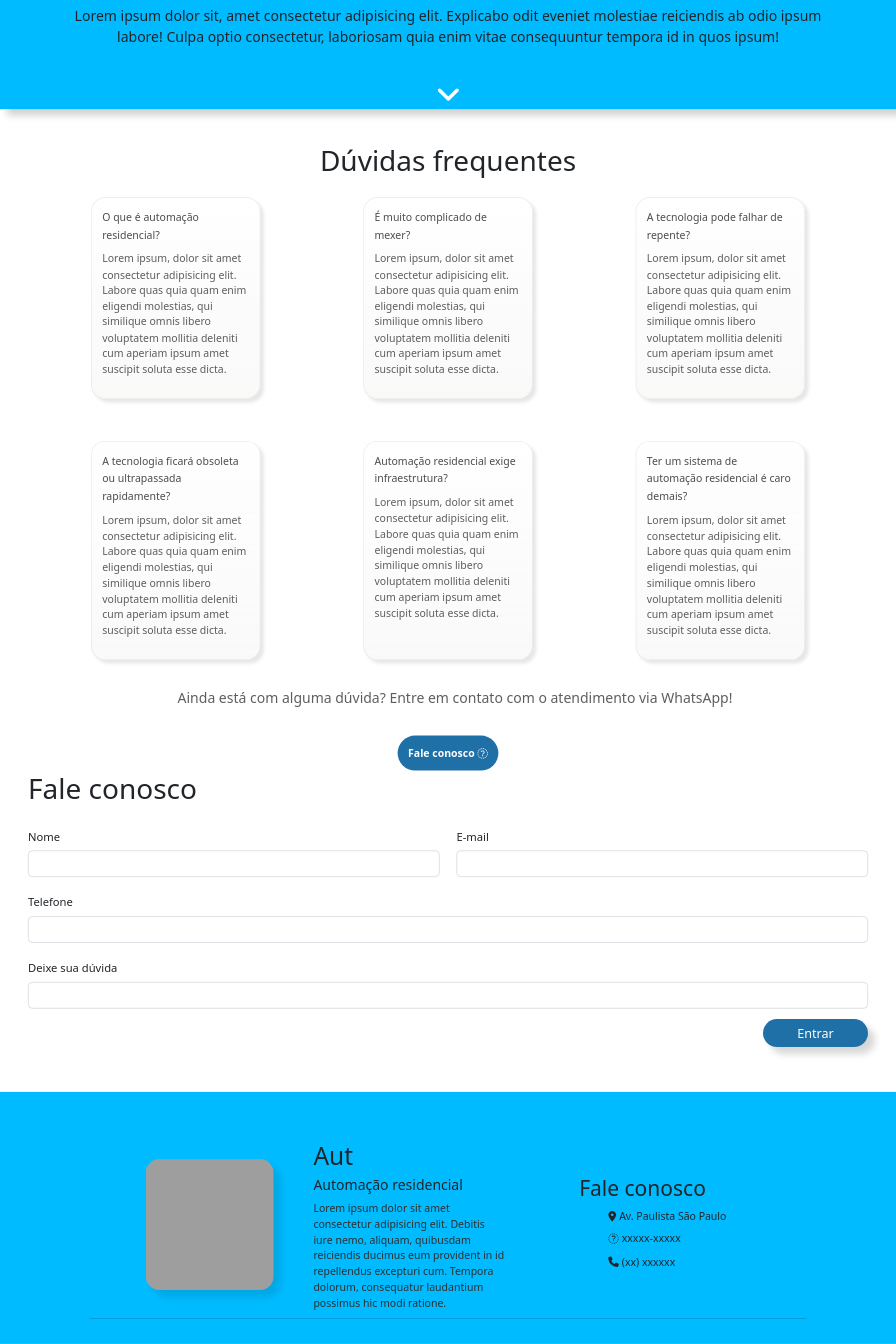
Repository: BulleST/SouHi_Institucional
Page: home.html
These files come from the project's save history. The page is drawn as it stood at one moment and after the next save; the edit follows.
The browser window is 1280 px wide. The pictures show the part of the page from y = 1527 to 3447 px (the page is 3447 px tall before and 3353 px after), at 70% of full size.
Pictures or frames that could not be fetched are drawn as grey boxes.

Above is the page before, as saved 2022-10-27 17:20:00.

### home.html
<!DOCTYPE html>
<html lang="pt-br">

<head>
  <meta charset="UTF-8">
  <meta http-equiv="X-UA-Compatible" content="IE=edge">
  <meta name="viewport" content="width=device-width, initial-scale=1.0">
  <title>SouHi - Soluções Automatizadas</title>

  <script src="https://code.jquery.com/jquery-3.6.1.js" integrity="sha256-3zlB5s2uwoUzrXK3BT7AX3FyvojsraNFxCc2vC/7pNI="
    crossorigin="anonymous"></script>


    <!-- Bootstrap -->
<link href="https://cdn.jsdelivr.net/npm/bootstrap@5.2.2/dist/css/bootstrap.min.css" rel="stylesheet" integrity="sha384-Zenh87qX5JnK2Jl0vWa8Ck2rdkQ2Bzep5IDxbcnCeuOxjzrPF/et3URy9Bv1WTRi" crossorigin="anonymous">
<script src="https://cdn.jsdelivr.net/npm/bootstrap@5.2.2/dist/js/bootstrap.bundle.min.js" integrity="sha384-OERcA2EqjJCMA+/3y+gxIOqMEjwtxJY7qPCqsdltbNJuaOe923+mo//f6V8Qbsw3" crossorigin="anonymous"></script>
  <!-- Fontawesome -->
  <link rel="stylesheet" href="https://cdnjs.cloudflare.com/ajax/libs/font-awesome/6.2.0/css/all.min.css"
    integrity="sha512-xh6O/CkQoPOWDdYTDqeRdPCVd1SpvCA9XXcUnZS2FmJNp1coAFzvtCN9BmamE+4aHK8yyUHUSCcJHgXloTyT2A=="
    crossorigin="anonymous" referrerpolicy="no-referrer" />
  <script src="https://cdnjs.cloudflare.com/ajax/libs/font-awesome/6.2.0/js/all.min.js"
    integrity="sha512-naukR7I+Nk6gp7p5TMA4ycgfxaZBJ7MO5iC3Fp6ySQyKFHOGfpkSZkYVWV5R7u7cfAicxanwYQ5D1e17EfJcMA=="
    crossorigin="anonymous" referrerpolicy="no-referrer"></script>

  <!-- Slick Carousel -->
  <link rel="stylesheet" type="text/css" href="https://cdn.jsdelivr.net/npm/slick-carousel@1.8.1/slick/slick.css" />
  <script type="text/javascript" src="https://cdn.jsdelivr.net/npm/slick-carousel@1.8.1/slick/slick.min.js"></script>

  <!-- AOS -->
  <link rel="stylesheet" href="https://unpkg.com/aos@next/dist/aos.css">
  <script src="https://unpkg.com/aos@next/dist/aos.js"></script>

  <link rel="stylesheet" href="style.css">
  <script src="script.js" defer></script>

</head>

<body>
  <header>
    <div class="header-container bg-on" id="header">
      <div class="header-position">
        <div class="flex-item-image">
          <img src="img/logo_claro.png" alt="Logo Souhi">
        </div>
        <div class="flex-item-rotas">
          <nav class="rotas">
            <ul>
            <li> <a class="header__navigation-link" href="#home">Home</a></li>
              <li><a class="header__navigation-link" href="#quem-somos">Quem somos</a></li>
              <li><a class="header__navigation-link" href="#produtos">Ofertas</a></li>
              <li><a class="header__navigation-link" href="#duvidas">FAQ</a></li>
              <li><a class="header__navigation-link" href="#contatos">Contatos</a></li>
            </ul>
          </nav>
        </div>
        <div class="flex-item-contato">
          <a href="" class="btn-fale-conosco">Fale conosco!</a>
        </div>
      </div>
    </div>
  </header>


  <section>
    <section class="carrossel" id="inicio">
      <button class="btn-scroll-down">
        <i class="fas fa-chevron-down"></i>
      </button>
      <div class="slider">
        <div class=" first-item">
          <div class="slider__item-inner slider__item d-flex first-item-inner">
            <div class="slider__item-content first-content">
              <h3>Lorem Ipsum</h3>
              <hr>
              <p>Lorem ipsum dolor, sit amet consectetur adipisicing elit. Beatae fugiat voluptas consequatur voluptate perspiciatis aspernatur voluptates dolores inventore vero incidunt officia, modi dolorum. </p>
              <p class="my-2">Conheça nossos produtos!</p>
              <button class="btn btn-confira">Confira</button>
            </div>
            <div class="slider__item-image first-image">
              <img src="./img/house.png" alt="">
            </div>
          </div>
        </div>
        <div class="  second-item">

          <div class=" d-flex slider__item  second-item-inner">

            <div class="second-contain">
              <div class=" second-image">

                <img src="img/ic_launcher.png" alt="" >
                <img src="./img/phone.png" alt="">

              </div>
            <div class=" second-content">
              <h3>Lorem Ipsum</h3>

              <p>Lorem ipsum dolor, sit amet consectetur adipisicing elit.  </p>
              <a href="" class="btn-fale-conosco">Fale conosco!</a>

            </div>

          </div>

          </div>
        </div>
        <div class="  third-item">
          <div class=" d-flex slider__item  third-item-inner">
            <div class="third-contain">
              <div class=" third-image">
                <img src="img/smart-house-8.png" alt="" >
              </div>
            <div class=" third-content">
              <h3>Lorem Ipsum Ipsum</h3>
              <p>Lorem ipsum dolor, sit amet consectetur adipisicing elit. Lorem ipsum dolor, sit amet consectetur adipisicing elit. orem ipsum dolor, sit amet consectetur adipisicing elit. </p>
              <a href="" class="btn-fale-conosco mt-2">Fale conosco!</a>
            </div>
          </div>
          </div>
        </div>
        </div>
      </div>
    </section>

    <div class="bg">
      <div class="container wrapper">
        <section class="quem-somos" id="quem-somos">
          <img src="img/teste.jpg" alt="" class="imagem" data-aos="fade-right">
          <div class="texto" data-aos="fade-left">

            <h1>Quem somos</h1>
            <p>Lorem ipsum, dolor sit amet consectetur adipisicing elit. Iure, obcaecati alias magni reiciendis non ipsa
              asperiores deserunt quibusdam quasi ut odit, quaerat ex eum fugit pariatur rerum eius vitae maiores?</p>

            <button class="btn">Saiba mais <span> <i class="fa-solid fa-angles-right"></i></span></button>
          </div>
        </section>
        <div class="beneficios">
          <div class="card card-1" data-aos="fade-up">
            <div class="card-texto">
              <span> <i class="fa-solid fa-dollar-sign icone-card"></i></span>
              <h1>Economia</h1>
              <p>Lorem, ipsum dolor sit amet consectetur adipisicing elit. Saepe placeat repellat magni est praesentium
                quaerat aspernatur incidunt sint, quisquam voluptates aut fugiat vel dolorum maxime alias autem, sunt
                quae amet!</p>
            </div>
          </div>
          <div class="card card-2" data-aos="fade-up">
            <div class="card-texto">
              <span> <i class="fa-solid fa-shield icone-card"></i></span>
              <h1>Segurança</h1>
              <p>Lorem, ipsum dolor sit amet consectetur adipisicing elit. Saepe placeat repellat magni est praesentium
                quaerat aspernatur incidunt sint, quisquam voluptates aut fugiat vel dolorum maxime alias autem, sunt
                quae amet!</p>
            </div>
          </div>
          <div class="card card-3" data-aos="fade-up">
            <div class="card-texto">
              <span> <i class="fa-solid fa-check icone-card"></i></span>
              <h1>Conveniência</h1>
              <p>Lorem, ipsum dolor sit amet consectetur adipisicing elit. Saepe placeat repellat magni est praesentium
                quaerat aspernatur incidunt sint, quisquam voluptates aut fugiat vel dolorum maxime alias autem, sunt
                quae amet!</p>
            </div>
          </div>
          <div class="card card-4" data-aos="fade-up">
            <div class="card-texto">
              <span> <i class="fa-solid fa-couch icone-card"></i></span>
              <h1>Conforto</h1>
              <p>Lorem, ipsum dolor sit amet consectetur adipisicing elit. Saepe placeat repellat magni est praesentium
                quaerat aspernatur incidunt sint, quisquam voluptates aut fugiat vel dolorum maxime alias autem, sunt
                quae amet!</p>
            </div>
          </div>
        </div>
      </div>


      <div class="produtos-fechado" id="produtos">
        <div class="produtos-texto">
          <h1>O que você quer automatizar?</h1>
          <p>Lorem ipsum dolor sit, amet consectetur adipisicing elit. Explicabo odit eveniet molestiae reiciendis ab
            odio ipsum labore! Culpa optio consectetur, laboriosam quia enim vitae consequuntur tempora id in quos
            ipsum!</p>

          <span class="pra"><i class="fa-solid fa-angle-down down" id="show-or-hide"></i></span>
        </div>

      </div>
      <!-- <div class="produtos-aberto">
        <div class=" sessao  mySwiper container">
          <div class="swiper-wrapper content">

            <div class="swiper-slide card">
              <div class="card-content">

                <div class="image">
                  <img src="https://source.unsplash.com/random/250x250" alt="" class="eseu">

                </div>
              </div>
            </div>

            <div class="swiper-slide card">
              <div class="card-content">

                <div class="image">
                  <img src="https://source.unsplash.com/random/250x250" alt="" class="eseu">
                </div>
              </div>
            </div>

            <div class="swiper-slide card">

              <div class="card-content">

                <div class="image">
                  <img src="https://source.unsplash.com/random/250x250" alt="" class="eseu">
                </div>
              </div>
            </div>

            <div class="swiper-slide card">
              <div class="card-content">


                <div class="image">

                  <img src="https://source.unsplash.com/random/250x250" alt="" class="eseu">
                </div>
              </div>
            </div>
          </div>
        </div>
        <div class="swiper-button-next"></div>
        <div class="swiper-button-prev"></div>
        <div class="swiper-paggination"></div>
      </div> -->
    </div>






    <div class="wrapper">
      <div class="duvidas" id="duvidas">
        <h1>Dúvidas frequentes</h1>
        <div class="duvida-card">
          <div class="grupo1">
            <div class="duvida s1 " data-aos="fade-up">
              <span>
                <fa-icon [icon]="['fas', 'question-circle']" class="duvidas-icones"></fa-icon>
                <h2>O que é automação residencial?</h2>
              </span>
              <p>Lorem ipsum, dolor sit amet consectetur adipisicing elit. Labore quas quia quam enim eligendi
                molestias, qui similique omnis libero voluptatem mollitia deleniti cum aperiam ipsum amet suscipit
                soluta esse dicta.</p>
            </div>
            <div class="duvida s2 " data-aos="fade-up">
              <span>
                <fa-icon [icon]="['fas', 'question-circle']" class="duvidas-icones"></fa-icon>
                <h2>É muito complicado de mexer?</h2>
              </span>

              <p>Lorem ipsum, dolor sit amet consectetur adipisicing elit. Labore quas quia quam enim eligendi
                molestias, qui similique omnis libero voluptatem mollitia deleniti cum aperiam ipsum amet suscipit
                soluta esse dicta.</p>
            </div>
            <div class="duvida s3 " data-aos="fade-up">
              <span>
                <fa-icon [icon]="['fas', 'question-circle']" class="duvidas-icones"></fa-icon>
                <h2>A tecnologia pode falhar de repente?</h2>
              </span>

              <p>Lorem ipsum, dolor sit amet consectetur adipisicing elit. Labore quas quia quam enim eligendi
                molestias, qui similique omnis libero voluptatem mollitia deleniti cum aperiam ipsum amet suscipit
                soluta esse dicta.</p>
            </div>
          </div>
          <div class="grupo2">


            <div class="duvida s4 " data-aos="fade-up">
              <span>
                <fa-icon [icon]="['fas', 'question-circle']" class="duvidas-icones"></fa-icon>
                <h2>A tecnologia ficará obsoleta ou ultrapassada rapidamente?</h2>
              </span>

              <p>Lorem ipsum, dolor sit amet consectetur adipisicing elit. Labore quas quia quam enim eligendi
                molestias, qui similique omnis libero voluptatem mollitia deleniti cum aperiam ipsum amet suscipit
                soluta esse dicta.</p>


            </div>
            <div class="duvida s5 " data-aos="fade-up">
              <span>
                <fa-icon [icon]="['fas', 'question-circle']" class="duvidas-icones"></fa-icon>
                <h2>Automação residencial exige infraestrutura?</h2>
              </span>

              <p>Lorem ipsum, dolor sit amet consectetur adipisicing elit. Labore quas quia quam enim eligendi
                molestias, qui similique omnis libero voluptatem mollitia deleniti cum aperiam ipsum amet suscipit
                soluta esse dicta.</p>
            </div>
            <div class="duvida s6 " data-aos="fade-up">
              <span>
                <fa-icon [icon]="['fas', 'question-circle']" class="duvidas-icones"></fa-icon>
                <h2>Ter um sistema de automação residencial é caro demais?</h2>
              </span>

              <p>Lorem ipsum, dolor sit amet consectetur adipisicing elit. Labore quas quia quam enim eligendi
                molestias, qui similique omnis libero voluptatem mollitia deleniti cum aperiam ipsum amet suscipit
                soluta esse dicta.</p>
            </div>
          </div>
        </div>
        <div class="duvidas-link">
          <p>Ainda está com alguma dúvida? Entre em contato com o atendimento via WhatsApp!</p>
          <a href="" class="duvidas-link-a">Fale conosco <i class='fa fa-whatsapp'></i></a>

        </div>
      </div>
    </div>
    <div class="wrapper">
    <div class="fale-conosco">
      <h1>Fale conosco</h1>
      <form action="">
        <div class="row">
        <div action="" class="form-group mt-4 col-6">
          <label for="" class="form-label">Nome</label>
          <input type="text" class="form-control" required>
        </div>
        <div action="" class="form-group mt-4 col-6">
          <label for="" class="form-label">E-mail</label>
          <input type="text" class="form-control" required>
        </div>
      </div>
        <div action="" class="form-group mt-4">
          <label for="" class="form-label">Telefone</label>
          <input type="text" class="form-control">
        </div>
        <div action="" class="form-group mt-4">
          <label for="" class="form-label">Deixe sua dúvida</label>
          <input type="textarea" class="form-control">
        </div>
        <div class="form-group d-flex justify-content-end ">
          <button type="submit" class=" botao-fale-conosco">Entrar</button>
        </div>



      </form>
    </div>
  </div>

    </div>


 <div class="link-top link-on" ><a href="#inicio">


  <i class="fa-solid fa-angle-up"></i></a></div>
  </section>

  <section class="footer">

    </div>
    <div class="footer-position">
      <div class="finalizacao">
        <img src="img/pexels-liza-summer-6347719.jpg" alt="" class="footer-img">
        <div class="texto">
          <h1>Aut</h1>
          <h2>Automação residencial</h2>
          <p>Lorem ipsum dolor sit amet consectetur adipisicing elit. Debitis iure nemo, aliquam, quibusdam reiciendis
            ducimus eum provident in id repellendus excepturi cum. Tempora dolorum, consequatur laudantium possimus hic
            modi ratione.</p>
        </div>
      </div>
      <div class="contato">
        <div class="contato-texto">
          <h2>Fale conosco</h2>

          <ul>
            <li><i class="fa-solid fa-location-dot"></i> Av. Paulista São Paulo </li>
            <li><i class='fa fa-whatsapp'></i> xxxxx-xxxxx</li>
            <li><i class="fa-solid fa-phone"></i> (xx) xxxxxx</li>
          </ul>
        </div>
      </div>

    </div>

  </section>

</body>


<script>




</script>

</html>

Loaded but not shown: script.js (75 lines, source omitted); style.css (1128 lines, source omitted)

After the next save:
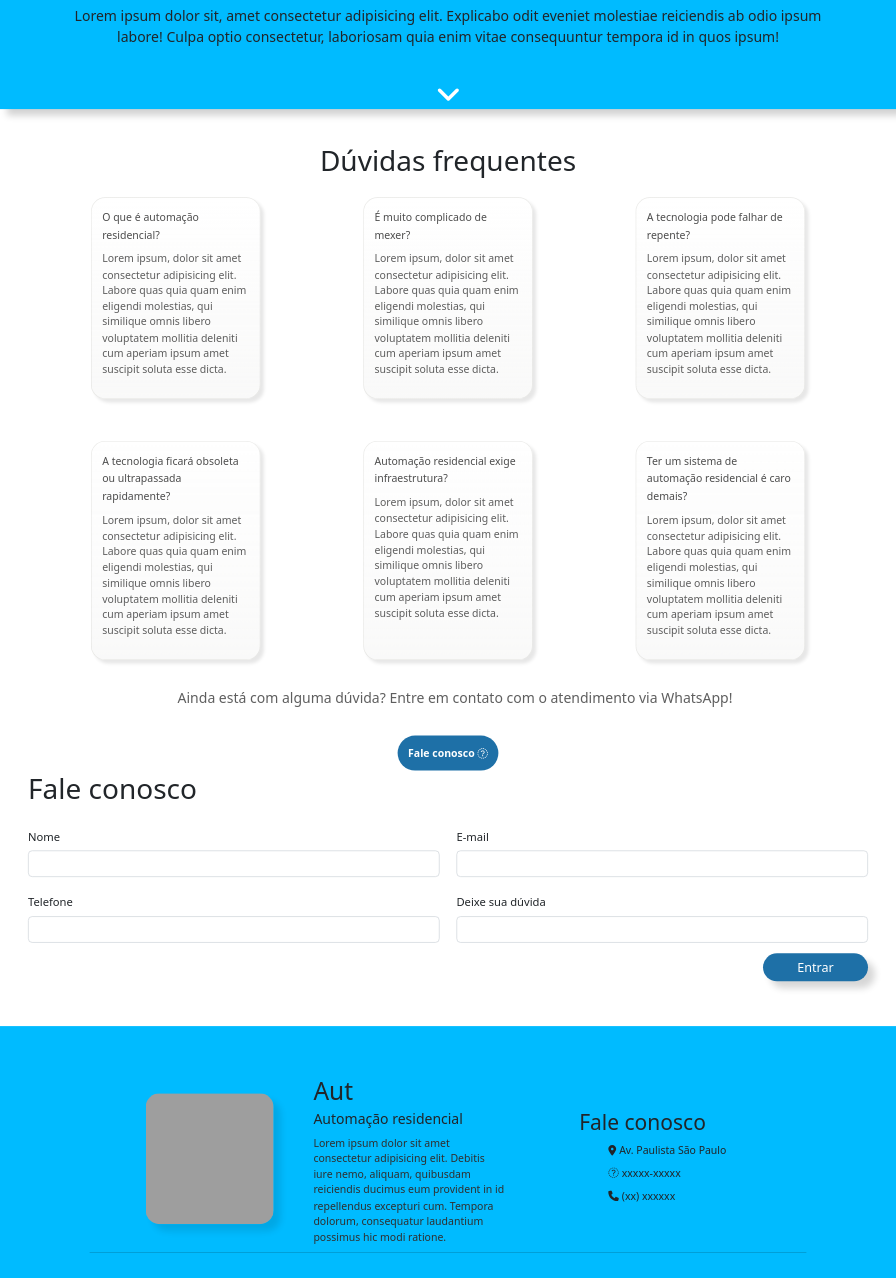
Saved 21 s later.
--- a/home.html
+++ b/home.html
@@ -336,14 +336,16 @@
           <input type="text" class="form-control" required>
         </div>
       </div>
-        <div action="" class="form-group mt-4">
+      <div class="row">
+        <div action="" class="form-group mt-4 col-6">
           <label for="" class="form-label">Telefone</label>
           <input type="text" class="form-control">
         </div>
-        <div action="" class="form-group mt-4">
+        <div action="" class="form-group mt-4 col-6">
           <label for="" class="form-label">Deixe sua dúvida</label>
           <input type="textarea" class="form-control">
         </div>
+      </div>
         <div class="form-group d-flex justify-content-end ">
           <button type="submit" class=" botao-fale-conosco">Entrar</button>
         </div>
